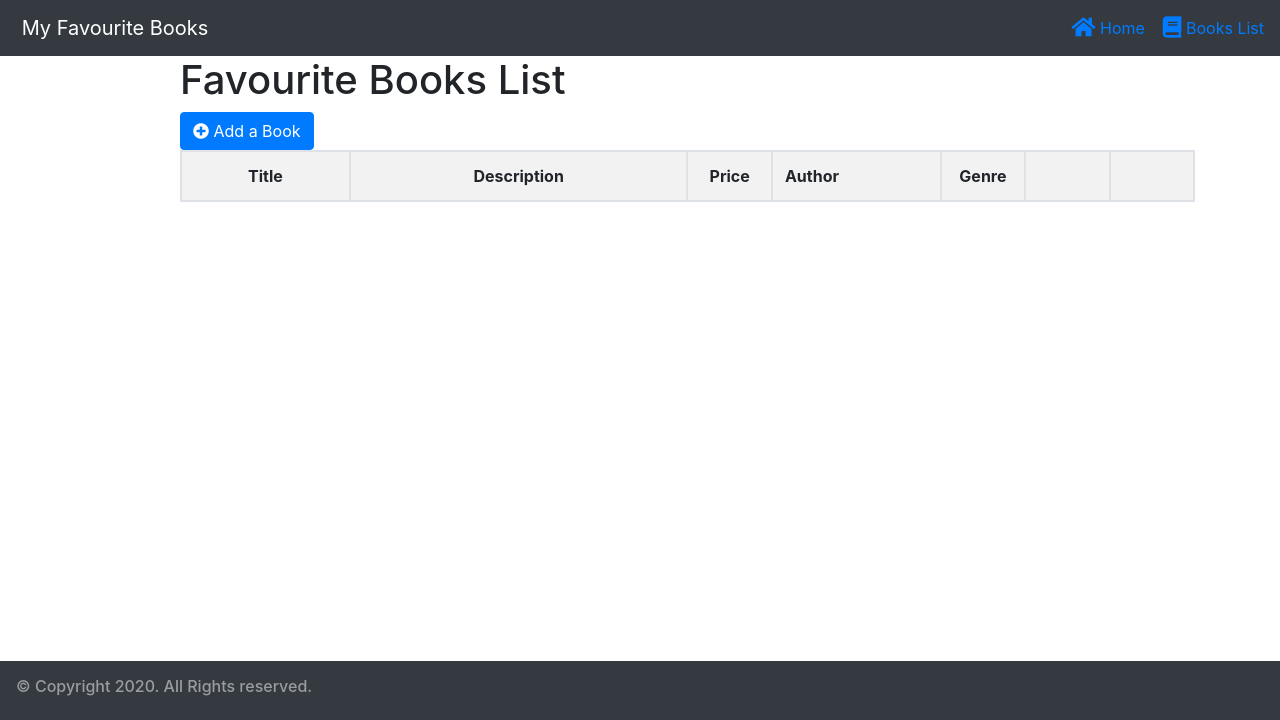
Repository: lord-NAVY/titans
Page: http://localhost/book-list
An editor plug-in stored every save of this project. The page is shown before and after the next save, followed by the edit.
The browser window is 1280 px wide. The pictures show the whole page.
The page is served by the project's Node server (server.js). Other server files are loaded and not shown. Queries for data that is not in the repository find no rows.

Above is the page before, as saved 2021-10-31 17:53:49.

### server/views/book/index.ejs
<%- include ../partials/header.ejs %>

<%- include ../partials/main_nav.ejs %>


  <!-- Main Content -->
  <main class="container">
    <div class="row">
        <div class="offset-md-1 col-md-11">
            <h1>Favourite Books List</h1>
            <a href="/book-list/add" class="btn btn-primary" role="button">
            <i class="fas fa-plus-circle"></i> Add a Book</a>
            <br>
            <table class="table table-bordered table-striped table-hover">
                <!-- Header Row-->
                <tr class="d-flex">
                    <th class="text-center col-2">Title</th>
                    <th class="text-center col-4">Description</th>
                    <th class="text-center col-1">Price</th>
                    <th class="col-2">Author</th>
                    <th class="text-center col-1">Genre</th>
                    <th class="text-center col-1"></th>
                    <th class="text-center col-1"></th>
                </tr>

                <!-- Repeatable Template Row -->

                <% for(let count = 0; count < BookList.length; count++) { %>
                    <tr class="d-flex">
                        <td class="text-center col-2"><%= BookList[count].Title%></td>
                        <td class="text-center col-4"><%= BookList[count].Description %></td>
                        <td class="text-center col-1"><%= BookList[count].Price%></td>
                        <td class="col-2"><%= BookList[count].Author %></td>
                        <td class="text-center col-1"><%= BookList[count].Genre %></td>
                        <td class="text-center col-1">
                            <a href="/book-list/edit/<%= BookList[count]._id %>" class="btn btn-primary btn-sm">
                            <i class="fas fa-pencil-alt"></i> Edit</a>
                        </td>
                        <td class="text-center col-1">
                            <a href="/book-list/delete/<%= BookList[count]._id %>" class="btn btn-danger btn-sm">
                            <i class="fas fa-trash-alt"></i> Delete</a>
                        </td>
                    </tr>
                <% } %>
            </table>
        </div>
    </div>
  </main>

<%- include ../partials/bottom_nav.ejs %>

### server/views/partials/main_nav.ejs
<!-- Main Navigation -->
  <nav class="navbar navbar-expand-lg navbar-dark bg-dark">
      <a class="navbar-brand" href="/"><i class="fa fa-bookmark-o"></i> My Favourite Books</a>
    <button class="navbar-toggler" type="button" data-toggle="collapse" data-target="#navbarSupportedContent" aria-controls="navbarSupportedContent" aria-expanded="false" aria-label="Toggle navigation">
      <span class="navbar-toggler-icon"></span>
    </button>

    <div class="collapse navbar-collapse" id="navbarSupportedContent">
      <ul class="navbar-nav ml-auto">

           <% if(title == "Home") { %>
          <li class="active"><a href="/"><i class="fa fa-home fa-lg"></i> Home   &nbsp; &nbsp; </a></li>
        <% } else { %>
          <li><a href="/"><i class="fa fa-home fa-lg"></i> Home &nbsp; &nbsp;   </a></li>
        <% } %>

          <% if(title == "books") { %>
          <li class="active"><a href="/books"><i class="fa fa-book fa-lg">
          </i>    Books List</a></li>
          <% } else { %>
            <li><a href="/book-list"><i class="fa fa-book fa-lg">
            </i>   Books List</a></li>
          <% } %>
</ul>
    </div>
  </nav>

### server/views/partials/bottom_nav.ejs
<!-- Bottom Nav -->
  <footer>
    <nav class="navbar fixed-bottom navbar-dark bg-dark">
      <h6 class="display-6 navbar-text">&copy; Copyright 2020. All Rights reserved.</h6>
    </nav>
  </footer>

### server.js
#!/usr/bin/env node

/**
 * Module dependencies.
 */

var app = require('./server/config/app');
var debug = require('debug')('week-4:server');
var http = require('http');

/**
 * Get port from environment and store in Express.
 */

var port = normalizePort(process.env.PORT || '3000');
app.set('port', port);

/**
 * Create HTTP server.
 */

var server = http.createServer(app);

/**
 * Listen on provided port, on all network interfaces.
 */

server.listen(port);
server.on('error', onError);
server.on('listening', onListening);

/**
 * Normalize a port into a number, string, or false.
 */

function normalizePort(val) {
  var port = parseInt(val, 10);

  if (isNaN(port)) {
    // named pipe
    return val;
  }

  if (port >= 0) {
    // port number
    return port;
  }

  return false;
}

/**
 * Event listener for HTTP server "error" event.
 */

function onError(error) {
  if (error.syscall !== 'listen') {
    throw error;
  }

  var bind = typeof port === 'string'
    ? 'Pipe ' + port
    : 'Port ' + port;

  // handle specific listen errors with friendly messages
  switch (error.code) {
    case 'EACCES':
      console.error(bind + ' requires elevated privileges');
      process.exit(1);
      break;
    case 'EADDRINUSE':
      console.error(bind + ' is already in use');
      process.exit(1);
      break;
    default:
      throw error;
  }
}

/**
 * Event listener for HTTP server "listening" event.
 */

function onListening() {
  var addr = server.address();
  var bind = typeof addr === 'string'
    ? 'pipe ' + addr
    : 'port ' + addr.port;
  debug('Listening on ' + bind);
}

### server/controllers/book.js
let express = require('express');
let router = express.Router();
let mongoose = require('mongoose');

// create a reference to the model
let Book = require('../models/book');

module.exports.displayBookList = (req, res, next) => {
    Book.find((err, bookList) => {
        if(err)
        {
            return console.error(err);
        }
        else
        {
            //console.log(BookList);

            res.render('book/index', {title: 'Books', BookList: bookList});
        }
    });
}

module.exports.displayAddPage = (req, res, next) => {
    res.render('book/details', {title: 'Add Book'})
}

module.exports.processAddPage = (req, res, next) => {
    let newBook = Book({
        "Title": req.body.Title,
        "Author": req.body.Author,
        "Genre": req.body.Genre,
        "Description": req.body.Description,
        "Price": req.body.Price
    });

    Book.create(newBook, (err, Book) =>{
        if(err)
        {
            console.log(err);
            res.end(err);
        }
        else
        {
            // refresh the book list
            res.redirect('/book-list');
        }
    });

}

module.exports.displayEditPage = (req, res, next) => {
    let id = req.params.id;

    Book.findById(id, (err, bookToEdit) => {
        if(err)
        {
            console.log(err);
            res.end(err);
        }
        else
        {
            //show the edit view
            res.render('book/edit', {title: 'Edit Book', book: bookToEdit})
        }
    });
}

module.exports.processEditPage = (req, res, next) => {
    let id = req.params.id

    let updatedBook = Book({
        "_id": id,
        "Title": req.body.Tame,
        "Author": req.body.Author,
        "Genre": req.body.Genre,
        "Description": req.body.Description,
        "Price": req.body.Price
    });

    Book.updateOne({_id: id}, updatedBook, (err) => {
        if(err)
        {
            console.log(err);
            res.end(err);
        }
        else
        {
            // refresh the book list
            res.redirect('/book-list');
        }
    });
}

module.exports.performDelete = (req, res, next) => {
    let id = req.params.id;

    Book.remove({_id: id}, (err) => {
        if(err)
        {
            console.log(err);
            res.end(err);
        }
        else
        {
             // refresh the book list
             res.redirect('/book-list');
        }
    });
}

Loaded but not shown: server/views/partials/header.ejs (common file); public/Content/app.css (common file)

After the next save:
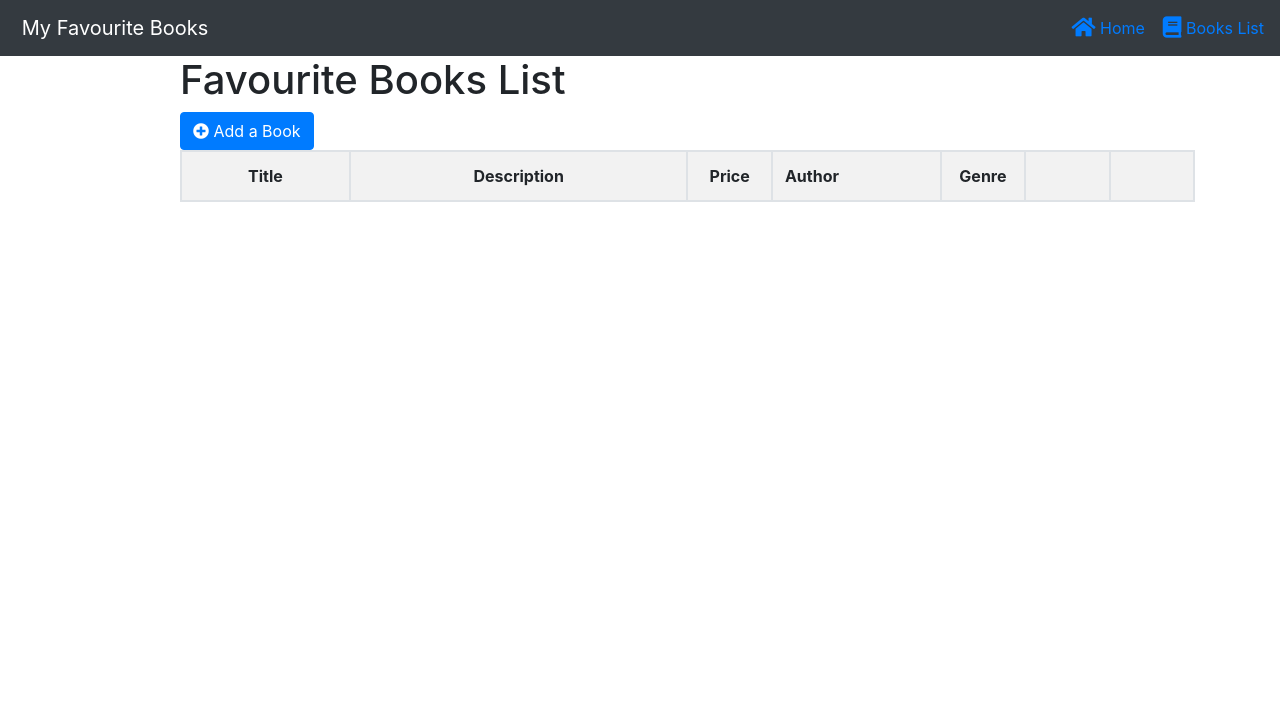
Saved 7 s later.
--- a/server/views/book/index.ejs
+++ b/server/views/book/index.ejs
@@ -46,5 +46,3 @@
         </div>
     </div>
   </main>
-
-<%- include ../partials/bottom_nav.ejs %>
